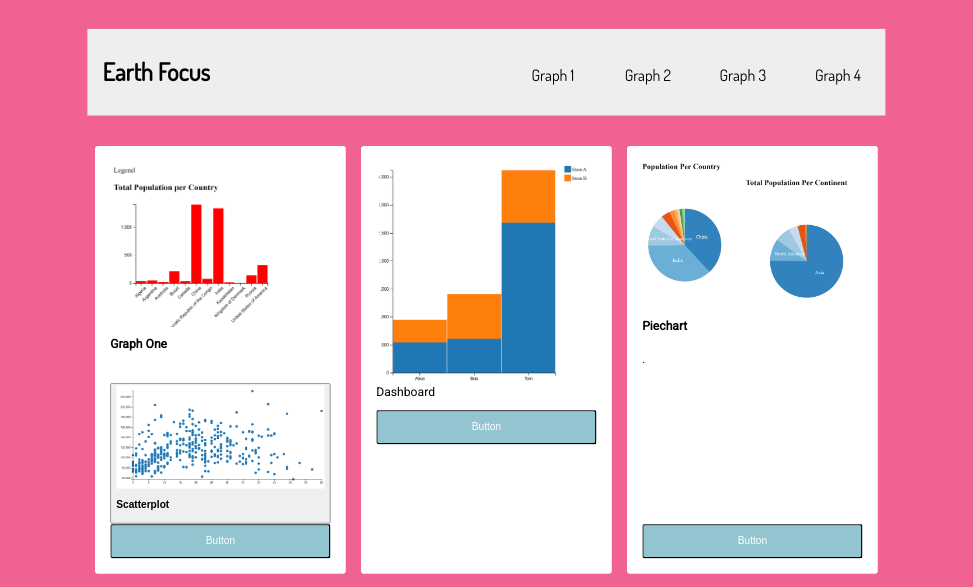
Repository: Code-Institute-Submissions/SOliv1-milestone2_NovResub
Page: index.html
The author's editor kept a record of every edit. The page is drawn from the files as they stood at one moment, then again after the next edit.
The browser window is 1280 px wide. The pictures show the whole page, at 76% of full size.
Some web libraries are served in a nearby version.

Above is the page before.

After the next edit:
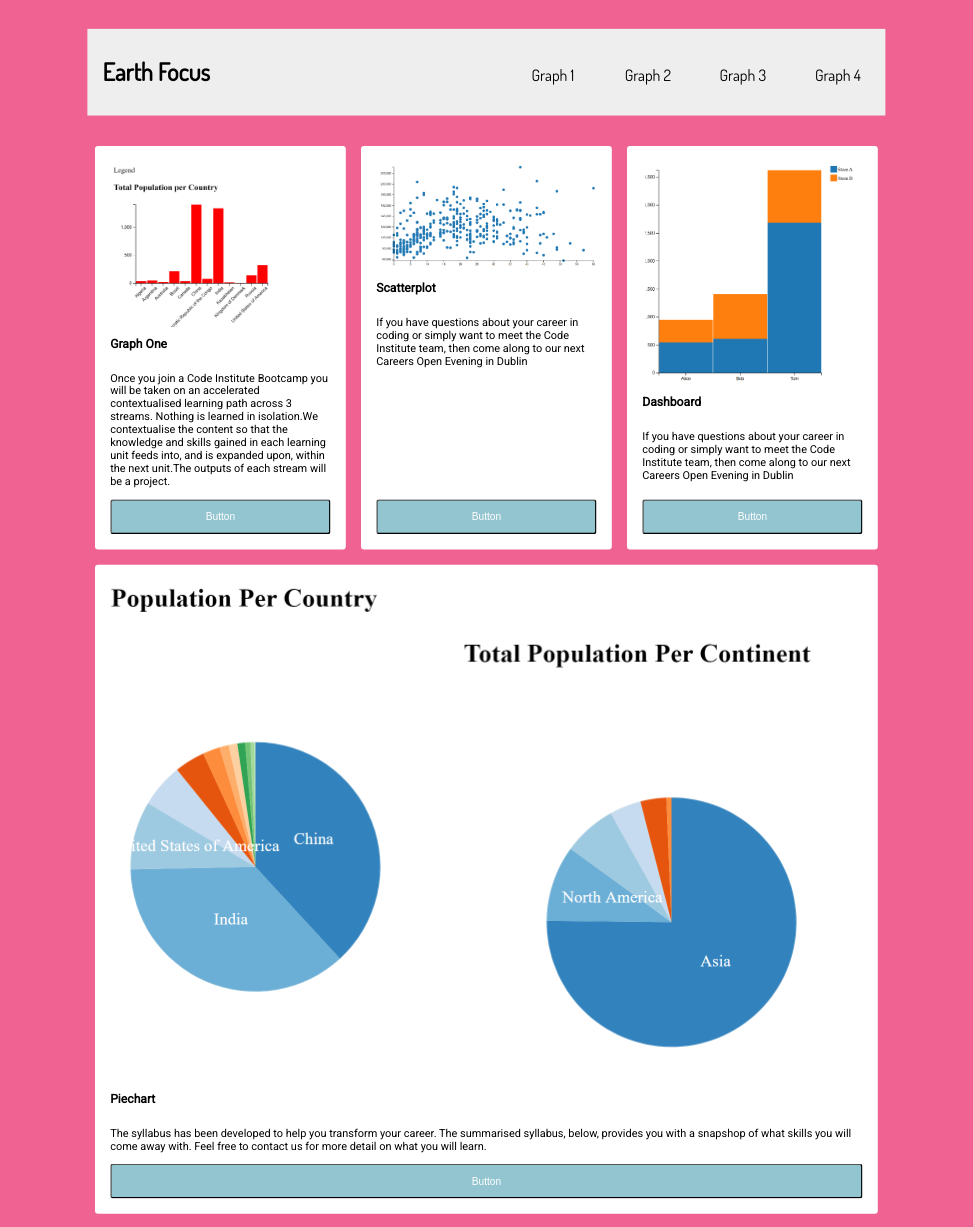
The edit:
--- a/index.html
+++ b/index.html
@@ -16,33 +16,36 @@
                 <li id="logoNav">Earth Focus</>
                 <li id= href="#graph1_btn">Graph 1</li>
                 <li id= href="#graph2_btn">Graph 2</li>
-                <li id= href="#graph3_btn">Graph 3</li>
+                <li id= href="#card graph3_btn">Graph 3</li>
                 <li id= href="#graph4_btn">Graph 4</li>
             </ul>
         </nav>
         <div class="card graph1">
             <img class="card_image" src="img/1.png" alt=" icon"graph>
+            <div class="card_bottom">
                 <h2 class="card_head">Graph One</h2>
-                <p class="card_para"> </p>
-            <button class= id="button_effects1 "bottom_button" href="index1.html>Button</button>
+                <p class="card_para">Once you join a Code Institute Bootcamp you will be taken on an accelerated contextualised learning path across 3 streams. Nothing is learned in isolation.We contextualise the content so that the knowledge and skills gained in each learning
+                    unit feeds into, and is expanded upon, within the next unit.The outputs of each stream will be a project. </p>
+                <button class="bottom_button" id="button_effects1 href="index.html>Button</button>
+            </div>
         </div>
         <div class="card graph2_btn">
             <img class="card_image" src="img/2.png" alt="scatterplot icon">
-                <h2 class="card_head">Scatterplot</h2>
-                <p class="card_para"></p>
-            <button id="button_effects2" class="bottom_button" href="index2.html">Button</button>
-        </div>
+            <h2 class="card_head">Scatterplot</h2>
+            <p class="card_para">If you have questions about your career in coding or simply want to meet the Code Institute team, then come along to our next Careers Open Evening in Dublin</p>
+            <button id="button_effects2" class="bottom_button" href="graph1.html">Button</button>
+            </div>
         <div class="card graph3">
-            <img class="card_image" src="img/3.png" alt="graph icon"
-                <h2 class="card_head">Dashboard</h2>
-                <p class="card_para"</p>
-            <button id="button_effects3" class="bottom_button" href="index2.html">Button</button>
+            <img class="card_image" src="img/3.png" alt="graph icon">
+            <h2 class="card_head">Dashboard</h2>
+            <p class="card_para">If you have questions about your career in coding or simply want to meet the Code Institute team, then come along to our next Careers Open Evening in Dublin</p>
+            <button id="button_effects3" class="bottom_button" href="graph2.html">Button</button>
         </div>
         <div class="card graph4">
          <img class="card_image" src="img/4.png" alt="pie graph">
             <h2 class="card_head">Piechart</h2>
-            <p class="card_para">.</p>
-        <button id="button_effects4" class="bottom_button" http="index3.html">Button</button>
+            <p class="card_para">The syllabus has been developed to help you transform your career. The summarised syllabus, below, provides you with a snapshop of what skills you will come away with. Feel free to contact us for more detail on what you will learn.</p>
+             <button id="button_effects4" class="bottom_button" http="graph3.html">Button</button>
         </div>
     <script src="https://code.jquery.com/jquery-3.2.1.js" integrity="sha256-DZAnKJ/6XZ9si04Hgrsxu/8s717jcIzLy3oi35EouyE=" crossorigin="anonymous"></script>
     <script src="js/script.js"></script>
